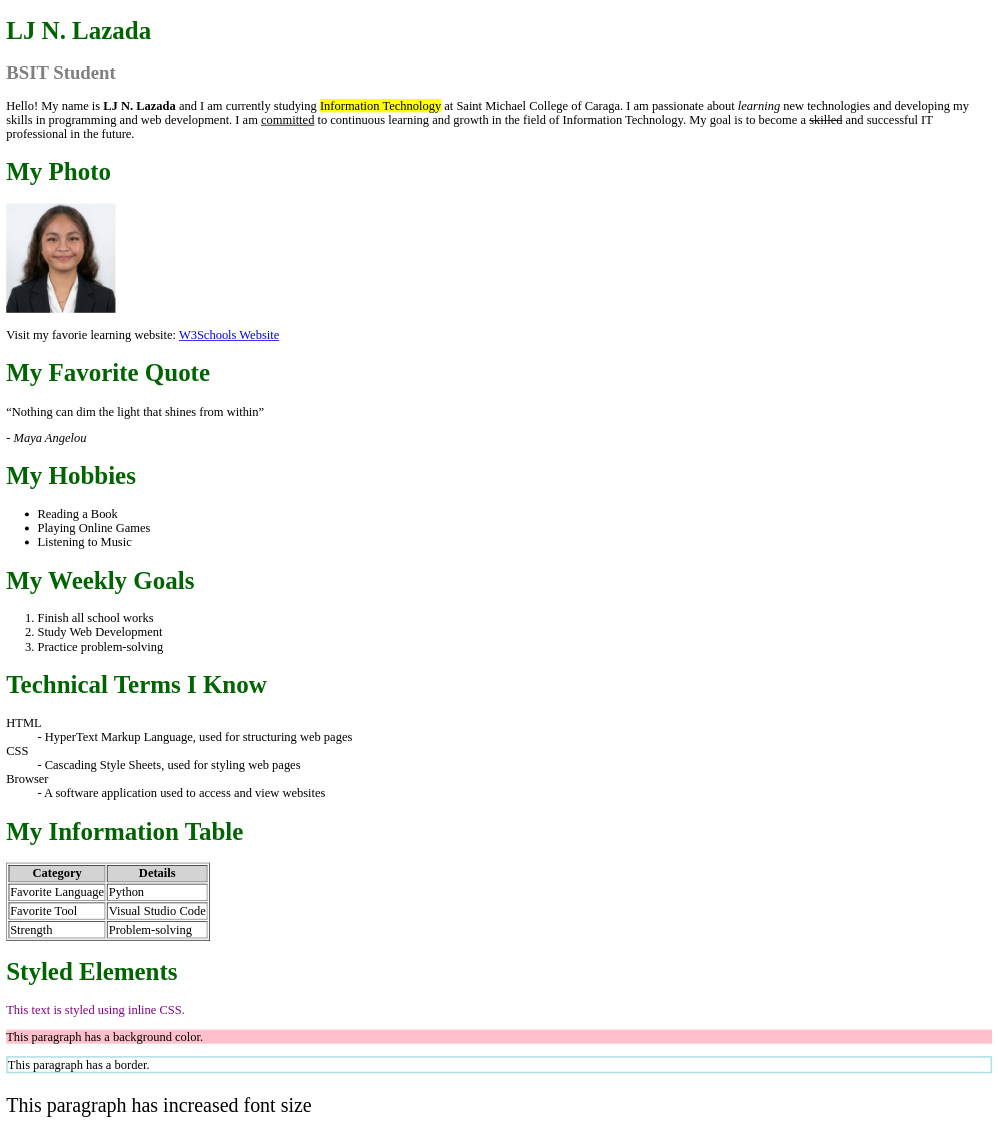
Repository: ljlazada11/myfirsthtml
Page: index.html
The author's editor kept a copy of each file at every save. The page is drawn from the files as they stood at one save, then again after the next save.
The browser window is 1280 px wide. The pictures show the whole page, at 78% of full size.

Above is the page before, as saved 2026-06-24 21:13:17.

### index.html
<!DOCTYPE html>
<html lang="en">
<head>
    <meta charset="UTF-8">
    <meta name="viewport" content="width=device-width, initial-scale=1.0">
    <title>My Personal Web Profile</title>
    <link rel="icon" type="image/x-icon" href="images.png">

</head>
<body>
    <h1 style="color:darkgreen;">LJ N. Lazada</h1>
    <h2 style="color:gray;">BSIT Student</h2>
    <p>Hello! My name is <strong>LJ N. Lazada</strong> and I am currently studying <mark>Information Technology</mark> at Saint Michael College of Caraga. I am passionate about <i>learning</i> new technologies and developing my skills in programming and web development. I am <ins>committed</ins> to continuous learning and growth in the field of Information Technology. My goal is to become a <del>skilled</del> and successful IT professional in the future.</p>
</body>
    <h1 style="color:darkgreen;">My Photo</h1>
    <img src="pic.jpg" alt="My	Profile	Picture" width="140" height="140">
    <p> Visit my favorie learning website: <a href="https://www.w3schools.com/html/default.asp" target="_blank">W3Schools	Website</a></p>

<body>
    <h1 style="color:darkgreen;">My Favorite Quote</h1>
    <p><q>Nothing can dim the light that shines from within</q></p>
    <p><cite>- Maya Angelou</cite></p>
</body>
    <h1 style="color:darkgreen">My Hobbies</h1>
    <ul>
        <li>Reading a Book</li>
        <li>Playing Online Games</li>
        <li>Listening to Music</li>
    </ul>
</body>
    <h1 style="color:darkgreen">My Weekly Goals</h1>
    <ol>
        <li>Finish all school works</li>
        <li>Study Web Development</li>
        <li>Practice problem-solving</li>
    </ol>
<body>
    <h1 style="color:darkgreen">Technical Terms I Know</h1>
    <dl>
        <dt>HTML</dt>
        <dd>- HyperText Markup Language, used for structuring web pages</dd>
        <dt>CSS</dt>
        <dd>- Cascading Style Sheets, used for styling web pages</dd>
        <dt>Browser</dt>
        <dd>- A software application used to access and view websites</dd>
    </dl>
</body>
    <h1 style="color:darkgreen">My Information Table</h1>
<table border="1">
    <tr>
        <th style="background-color:lightgray;">Category</th>
        <th style="background-color:lightgray;">Details</th>
    </tr>
    <tr>
        <td>Favorite Language</td>
        <td>Python</td>
    </tr>
    <tr>
        <td>Favorite Tool</td>
        <td>Visual Studio Code</td>
    </tr>
    <tr>
        <td>Strength</td>
        <td>Problem-solving</td>
    </tr>
</table>
<body>
    <h1 style="color:darkgreen">Styled Elements</h1>
    <p style="color:purple;">This text is styled using inline CSS.</p>
    <p style="background-color:pink;">This paragraph has a background color.</p>
    <p style="border: 2px solid powderblue;">This paragraph has a border.</p>
    <p style="color: black; font-family: san serif; font-size: 160%;">This paragraph has increased font size</p>
</body>


</html>

After the next save:
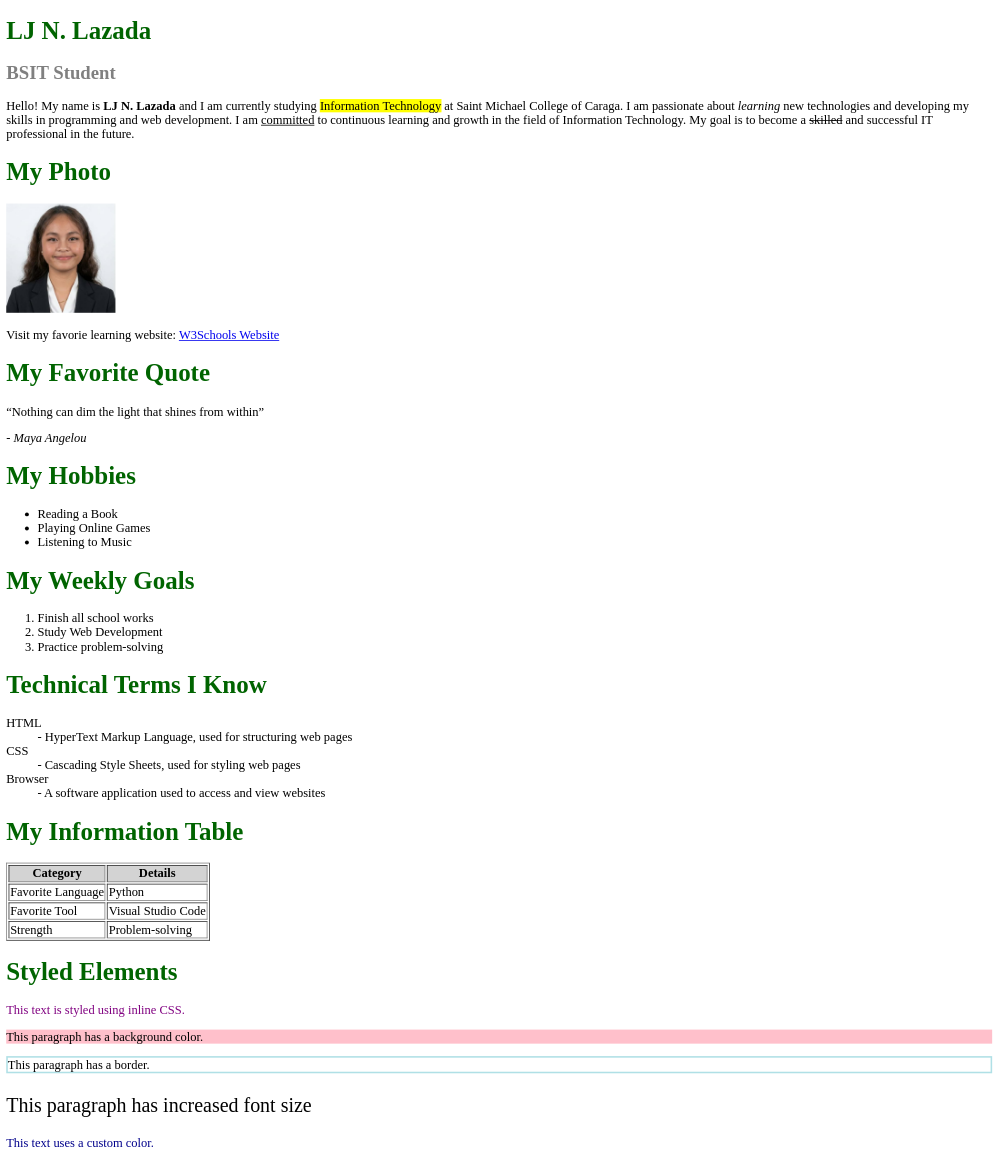
Saved 87 s later.
--- a/index.html
+++ b/index.html
@@ -70,6 +70,7 @@
     <p style="background-color:pink;">This paragraph has a background color.</p>
     <p style="border: 2px solid powderblue;">This paragraph has a border.</p>
     <p style="color: black; font-family: san serif; font-size: 160%;">This paragraph has increased font size</p>
+    <p style="color: darkblue;">This text uses a custom color.</p>
 </body>
 
 
